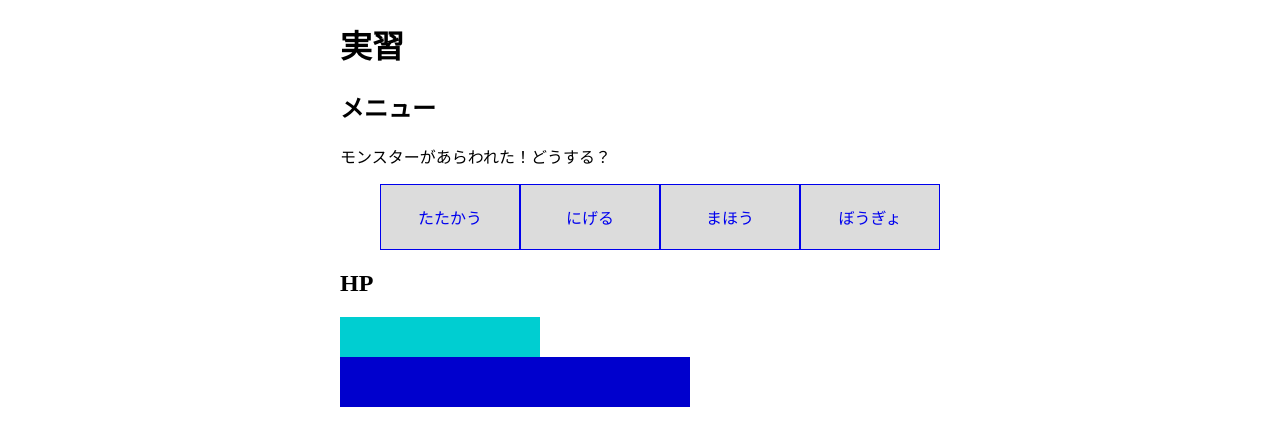
Repository: tomimaler/dc_work_tamachi_inagaki_html
Page: practice_layout/practice_layout.html
The author's editor kept a record of every edit. The page is drawn from the files as they stood at one moment, then again after the next edit.
The browser window is 1280 px wide. The pictures show the whole page.

Above is the page before.

### practice_layout/practice_layout.html
<!DOCTYPE html>
<html lang="ja">
<head>
   <meta charset="UTF-8">
   <title>layout</title>
   <link rel="stylesheet" href="practice_layout.css">
</head>
<body>
  <div class="container">
   <h1>実習</h1>
   <h2>メニュー</h2>
   <p>モンスターがあらわれた！どうする？</p>
   <ul>
       <a href="#"><li>たたかう</li></a>
       <a href="#"><li>にげる</li></a>
       <a href="#"><li>まほう</li></a>
       <a href="#"><li>ぼうぎょ</li></a>
   </ul>
   <h2>HP</h2>
   <div class="hpleft"></div>
    <div class="hpbar"></div>
  </div>
</body>
</html>

### practice_layout/practice_layout.css
.container {
    width:600px;
    margin:0 auto;
}

ul {
    display:flex;
    list-style:none;
}

a {
    flex:1;
    text-decoration:none;
    border:solid 1px;
    background-color:#DCDCDC;
    text-align:center;
    padding:20px;
}





.hpleft {
    width:200px;
    height:40px;
    background-color:#00CED1;
}

.hpbar {
    width:350px;
    height:50px;
    background-color:#0000CD;

}

After the next edit:
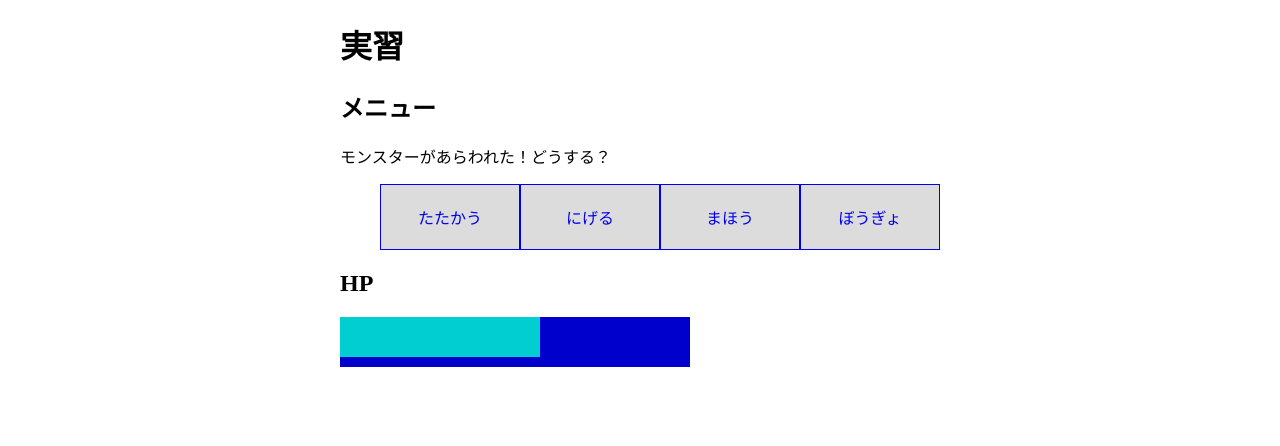
The edit:
--- a/practice_layout/practice_layout.css
+++ b/practice_layout/practice_layout.css
@@ -25,6 +25,7 @@
     width:200px;
     height:40px;
     background-color:#00CED1;
+    float:left;
 }
 
 .hpbar {
